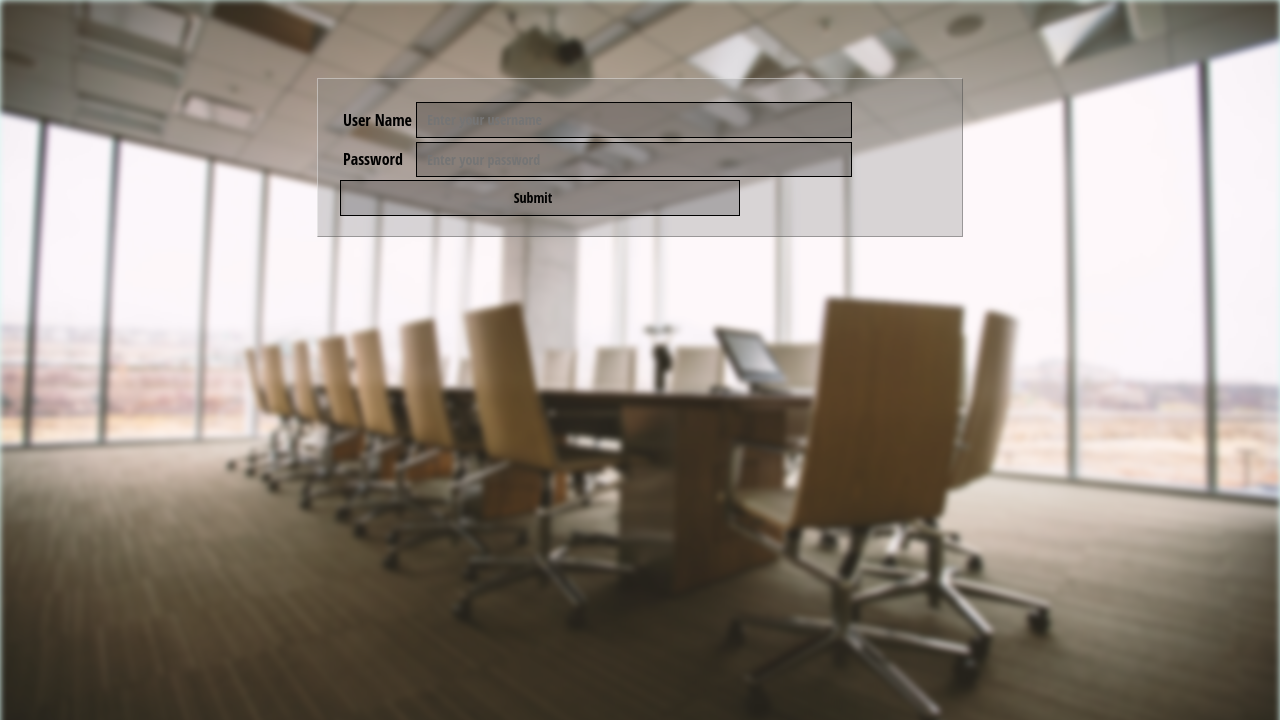
Repository: IT20643218/Employee-Management-System-OOP-Project-20-Y2S2
Page: http://localhost/EmployeeDemo/login.jsp
These files come from the project's save history. The page is drawn as it stood at one moment and after the next save; the edit follows.
The browser window is 1280 px wide. The pictures show the whole page.
Some web fonts or font styles are not loaded; a fallback is used. The page is served by Tomcat 9. Nobody is signed in. The application's start-up code is not run.

Above is the page before, as saved 2021-09-30 13:03:24.

After the next save:
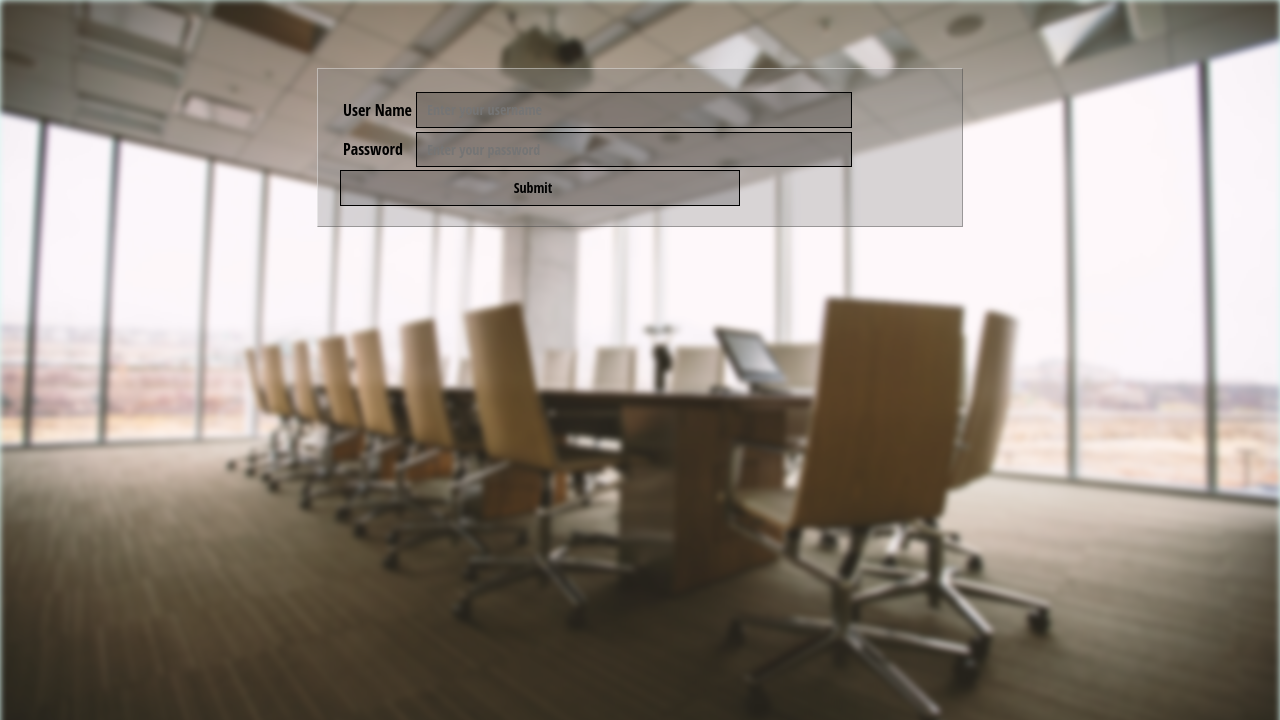
Saved 23 s later.
--- a/Java_Project/EmployeeDemo/src/main/webapp/login.jsp
+++ b/Java_Project/EmployeeDemo/src/main/webapp/login.jsp
@@ -13,7 +13,7 @@
 body {
   background-color: #daf7f3;
   font-family: "Open Sans Condensed", sans-serif;
-  padding: 50px;
+  padding: 40px;
 }
 
 #bg {
